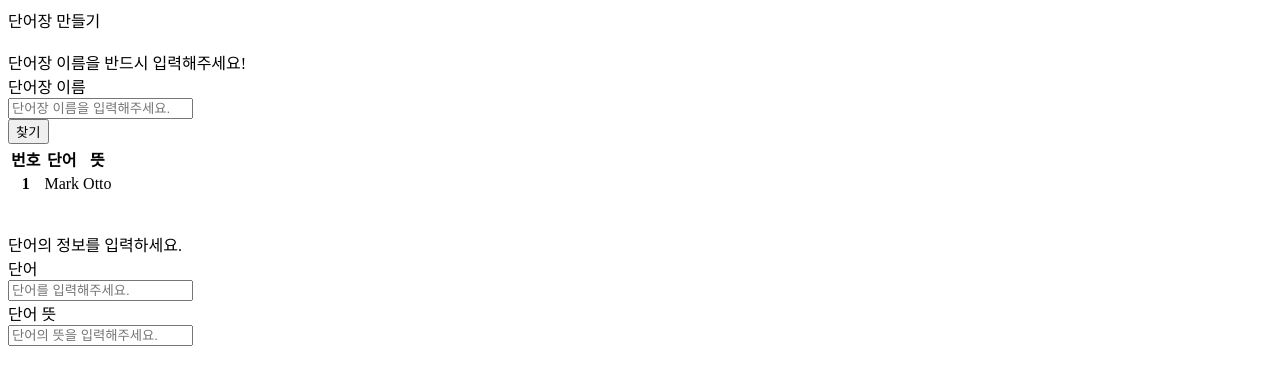
Repository: Pastelkun99/remembrance
Page: http://localhost/ProjectRemembrance/WEB-INF/views/menu_pages/11_makeWordCard.jsp
An editor plug-in stored every save of this project. The page is shown before and after the next save, followed by the edit.
The browser window is 1280 px wide. The pictures show the whole page.
The page is served by Tomcat 9. Nobody is signed in. The template is opened directly, without the code that normally fills it, so the values that code supplies are empty.

Above is the page before, as saved 2019-08-27 13:33:46.

After the next save:
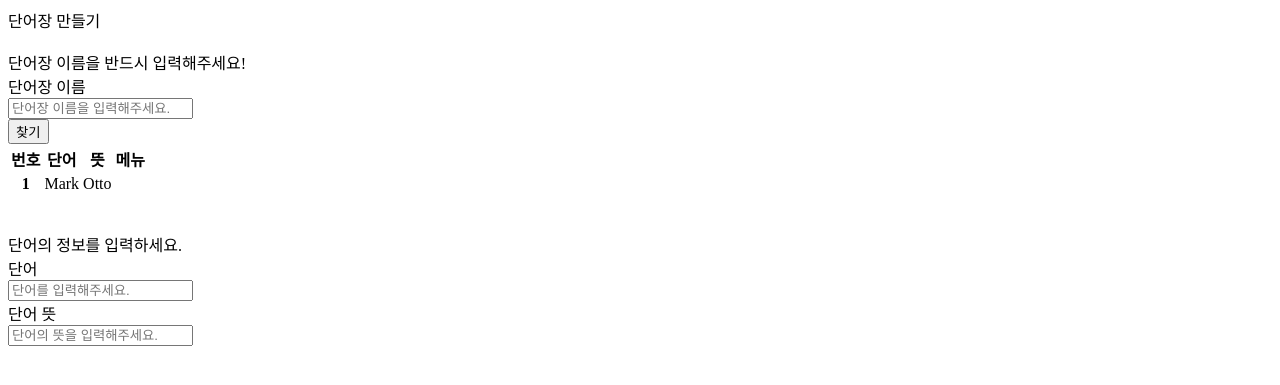
Saved 43 s later.
--- a/ProjectRemembrance/src/main/webapp/WEB-INF/views/menu_pages/11_makeWordCard.jsp
+++ b/ProjectRemembrance/src/main/webapp/WEB-INF/views/menu_pages/11_makeWordCard.jsp
@@ -20,6 +20,7 @@
 				<th scope="col">번호</th>
 				<th scope="col">단어</th>
 				<th scope="col">뜻</th>
+				<th scope="col">메뉴</th>
 			</tr>
 		</thead>
 		<tbody>
